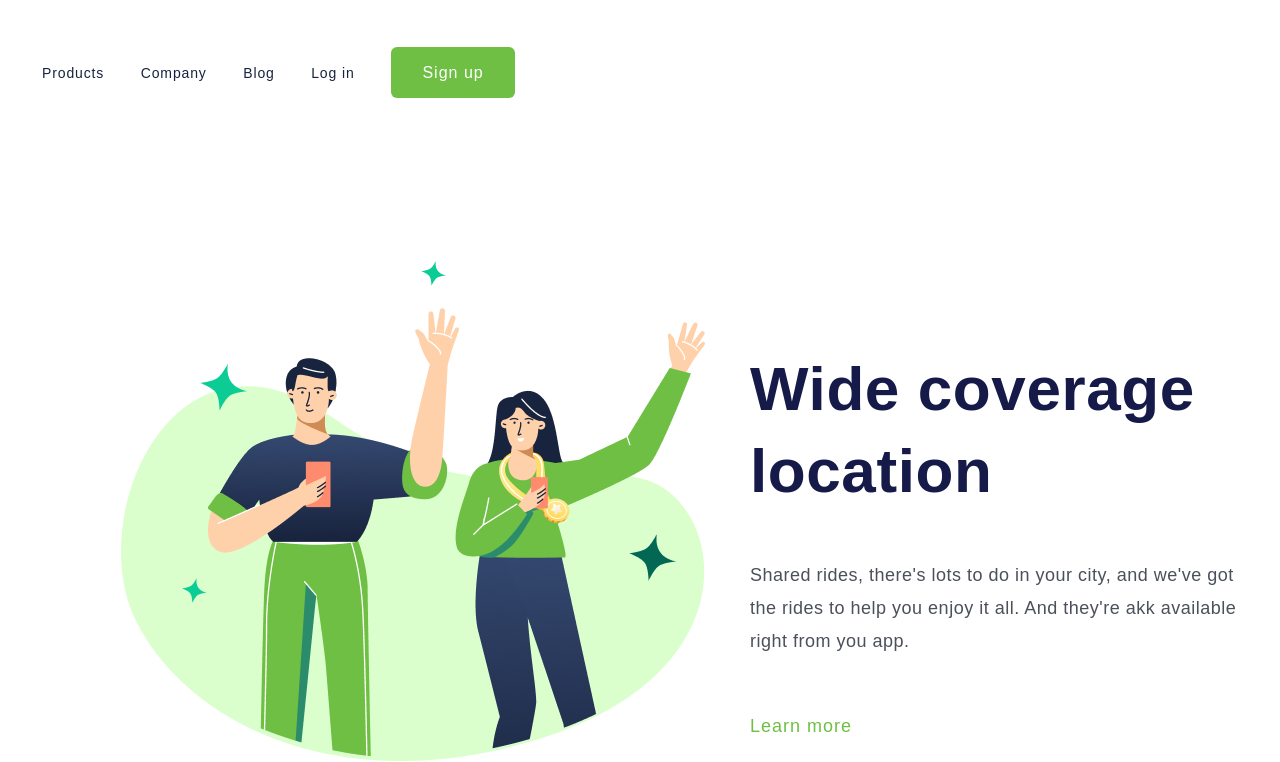
Repository: DihOliver/Desafio-HTML---CSS---Projeto-Wide-coverage-location
Page: index.html
An editor plug-in stored every save of this project. The page is shown before and after the next save, followed by the edit.
The browser window is 1280 px wide. The pictures show the whole page.

Above is the page before, as saved 2023-04-12 21:35:40.

After the next save:
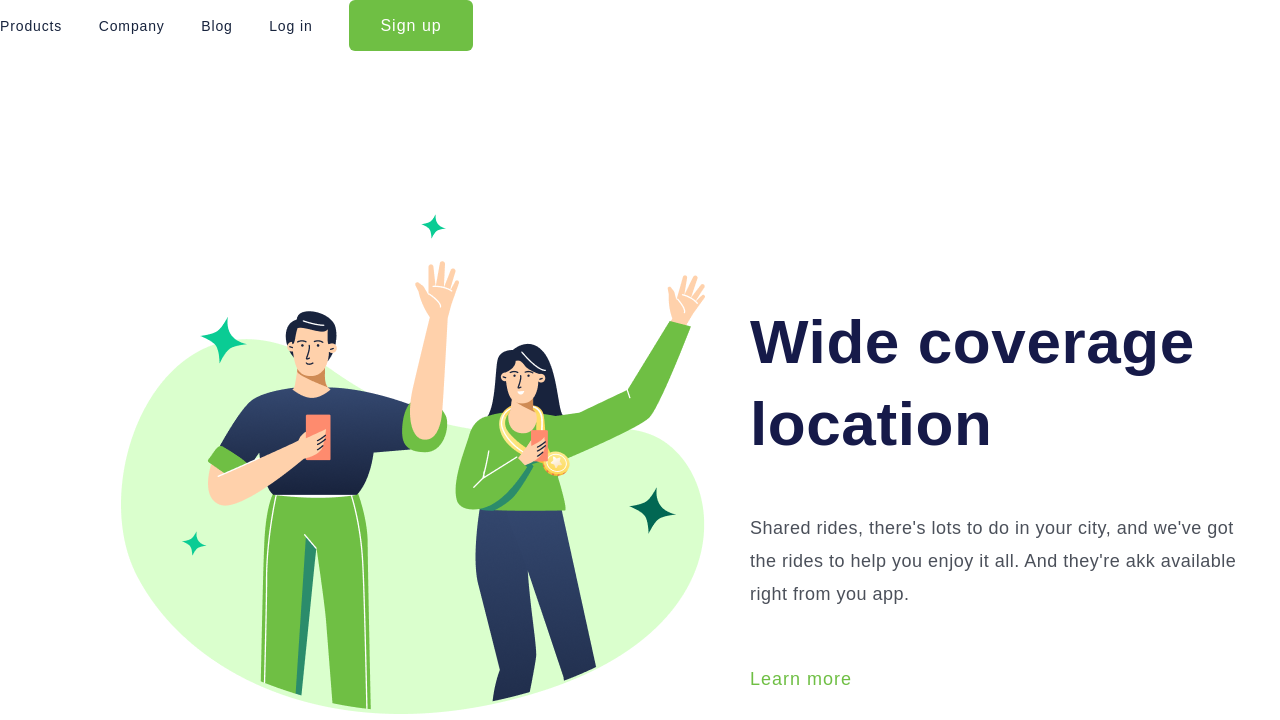
Saved 9 days later.
--- a/style.css
+++ b/style.css
@@ -5,10 +5,7 @@
     box-sizing:border-box;
     }
 
-header {
-    margin-top: 47px;
-    margin-left: 42px;
-}
+
 
 .link-header {
     font-weight: 400;

After the save that followed:
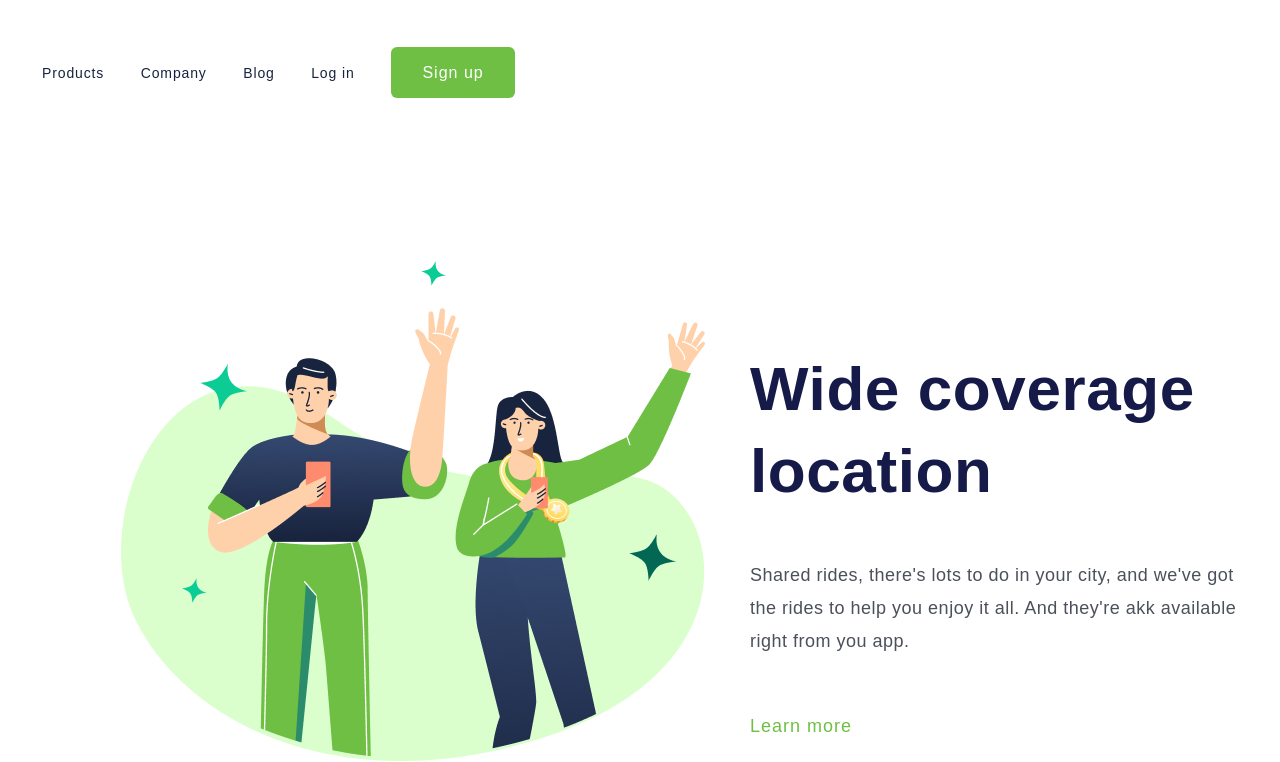
Saved 34 s later.
--- a/style.css
+++ b/style.css
@@ -5,7 +5,10 @@
     box-sizing:border-box;
     }
 
-
+    header {
+        margin-top: 47px;
+        margin-left: 42px;
+    }
 
 .link-header {
     font-weight: 400;
